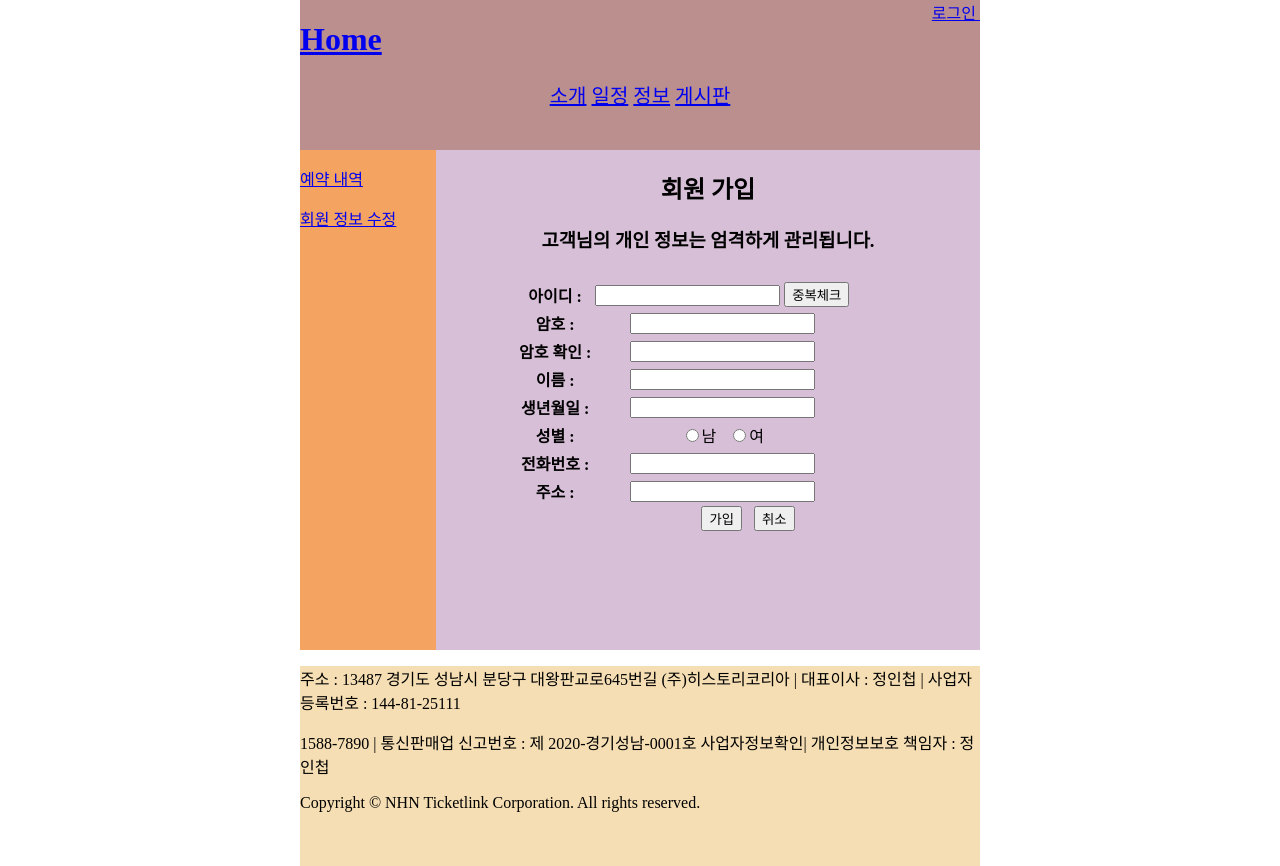
Repository: dlscjq34/JSP_historyTour
Page: http://localhost/HistoryTour/WEB-INF/views/member/joinMember.jsp
The author's editor kept a copy of each file at every save. The page is drawn from the files as they stood at one save, then again after the next save.
The browser window is 1280 px wide. The pictures show the whole page.
The page is served by Tomcat 9. Nobody is signed in. Other server files are loaded and not shown. The template is opened directly, without the code that normally fills it, so the values that code supplies are empty.

Above is the page before, as saved 2020-12-21 03:41:17.

### HistoryTour/WebContent/WEB-INF/views/member/joinMember.jsp
<%@ page language="java" contentType="text/html; charset=UTF-8"
    pageEncoding="UTF-8"%>
<!DOCTYPE html>
<html lang="en">
<head>
    <jsp:include page="/WEB-INF/views/include/head.jsp" />
    <link rel="stylesheet" href="css/joinMember.css">
</head>
<body>
    <!-- <header> -->
    <jsp:include page="/WEB-INF/views/include/header.jsp" />


    <!-- center = <aside> + <article> -->
    <div class="center">
        <aside>
            <p><a href="ticket.do">예약 내역</a></p>
            <p><a href="editMember.do">회원 정보 수정</a></p>
        </aside>

        <article>
            <h1>회원 가입</h1>
                    <h3>고객님의 개인 정보는 엄격하게 관리됩니다.</h3>
                <form action="joinMemberPro.do" method="post" name="frm" onsubmit="return lenCheck()">

                    <table>
	               		<tr>
	               			<th>아이디 :
	               			<td><input type="text" name="id" id="id" />
	               				<input type="button" onclick="dupCheck()" value="중복체크">
	               		</tr>
	               		<tr>
	               			<th>암호 :
	               			<td><input type="password" name="pswd1" id="pswd1" required/>
	               		</tr>
	               		<tr>
	               			<th>암호 확인 :
	               			<td><input type="password" name="pswd2" id="pswd2" required onkeyup="pwCheck()"/>
	               				<span id="pwStatus"></span>
	               		</tr>
	               		<tr>
	               			<th>이름 :
	               			<td><input type="text" name="name" id="name" required/>
	               		</tr>
	               		<tr>
	               			<th>생년월일 :
	               			<td><input type="text" name="birth" id="birth" required/>
	               		</tr>
	               		<tr>
	               			<th>성별 :
	               			<td><input type="radio" name="gender" id="man" value="1" required />남 &nbsp;
	               				<input type="radio" name="gender" id="woman" value="2" required />여
	               		</tr>
	               		<tr>
	               			<th>전화번호 :
	               			<td><input type="text" name="tel" id="tel" required>
	               		</tr>
	               		<tr>
	               			<th>주소 :
	               			<td><input type="text" name="address" id="address" required>
	               		</tr>
               		</table>
                <input type="submit" name="enroll" class="enroll" value="가입"> &nbsp;
                <input type="reset" value="취소">
                </form>
        </article>
    </div>


    <!-- <footer> -->
    <jsp:include page="/WEB-INF/views/include/footer.jsp" />

</body>

<script>
	function dupCheck() {
		let id = document.frm.id.value;
		if(id == '') {
			alert("아이디를 입력하세요");
			document.frm.id.focus();
			return;
		}
		window.open('joinCheck.do?id='+id, 'joinCheck', 'width=600, height=300');
	}

	function lenCheck() {
		let id = document.frm.id.value.trim();

		if(!(id.length >= 3 && id.length <=12)) {
			alert("아이디는 3에서 12글자만 입력 가능합니다.");
			document.frm.id.select();
			return false;
		}
	}

	function pwCheck() {
		pw1 = document.frm.pswd1.value;
		pw2 = document.frm.pswd2.value;
		pwStatus = document.getElementById("pwStatus");

		if(pw1 == pw2) {
			pwStatus.innerHTML = "패스워드 확인";
			pwStatus.style.color = "blue"
		}
		else {
			pwStatus.innerHTML = "패스워드 틀림";
			pwStatus.style.color = "red"
		}
	}

/* 	<tr>
		<th>암호 :
		<td><input type="password" name="pswd1" id="pswd1" required/>
	</tr>
	<tr>
		<th>암호 확인 :
		<td><input type="password" name="pswd2" id="pswd2" required onkeyup="pwCheck()"/>
			<span class="pwStatus"></span>
	</tr> */
</script>

</html>

### HistoryTour/WebContent/WEB-INF/views/include/head.jsp
<%@ page language="java" contentType="text/html; charset=UTF-8"
    pageEncoding="UTF-8"%>
<meta charset="UTF-8">
<meta name="viewport" content="width=device-width, initial-scale=1.0">
<title>Document</title>
<link rel="stylesheet" href="css/common.css">

### HistoryTour/WebContent/WEB-INF/views/include/header.jsp
<%@ page language="java" contentType="text/html; charset=UTF-8"
    pageEncoding="UTF-8"%>
<%@ taglib prefix="c" uri="http://java.sun.com/jsp/jstl/core" %>
<%
	//쿠키에 아이디가 있으면 세션으로 빼온다.
	Cookie[] cookies = request.getCookies();

	if (cookies != null) {
		for(Cookie cookie : cookies) {
			if(cookie.getName().equals("id")) {
				String id = cookie.getValue();
				session.setAttribute("id", id);
			}
		}
	}

	String id = (String)session.getAttribute("id");
%>

<header>
    <div class="home-line">
        <h1><a href="index.do">Home</a></h1>
        <!-- 세션으로 빼온 아이디가 있으면 -->
<%
			if (id != null) {
%>
        		${ id } 님 반갑습니다.&nbsp;
        		<a href="myPage.do">마이페이지</a>&nbsp;
        		<a href="logoutPro.do">로그아웃</a>
<%
			} else {
%>
        	<!-- 세션으로 빼온 아이디가 없으면 -->
        		 <a href="login.do">로그인&nbsp;</a>
<%
			}
%>

    </div>
    <div class="menu">
        <a href="intro.do">소개</a>
        <a href="schedule.do">일정</a>
        <a href="information.do">정보</a>
        <a href="board.do">게시판</a>
    </div>
</header>

### HistoryTour/WebContent/WEB-INF/views/include/footer.jsp
<%@ page language="java" contentType="text/html; charset=UTF-8"
    pageEncoding="UTF-8"%>
<footer>
    <p>주소 : 13487 경기도 성남시 분당구 대왕판교로645번길 (주)히스토리코리아 | 대표이사 : 정인첩 | 사업자등록번호 : 144-81-25111</p>
    <p>1588-7890 |  통신판매업 신고번호 : 제 2020-경기성남-0001호 사업자정보확인| 개인정보보호 책임자 : 정인첩</p>
    <p>Copyright © NHN Ticketlink Corporation. All rights reserved.</p>
</footer>

### HistoryTour/WebContent/css/common.css
body {
  grid-template-columns: 1fr 1fr;
  box-sizing: border-box;
  margin: 0 300px;
}

/* header ----------------------------------------------- */

header {
  background: rosybrown;
  height: 150px;
}
header .home-line {
  display: flex;
}
header .home-line h1 {
  flex: 1;
}
header .menu {
  text-align: center;
  font-size: 20px;
}

/* <aside> <article> ----------------------------------------------- */

.center {
  display: flex;
  height: 500px;
  background: turquoise;
}
.center aside {
  background: sandybrown;
  flex: 2;
}
.center article {
  background: thistle;
  flex: 8;
  text-align: center;
}


/* footer ----------------------------------------------- */

footer {
  background: wheat;
  height: 200px;
}

### HistoryTour/WebContent/css/joinMember.css

.center article form fieldset input{
  margin: 1% 0;
}
.center article form  {
  position: relative;
  margin-top: 5%;
  padding-left: 80px;
  /* width: 100px;
  font-size: 20px; */
}

After the next save:
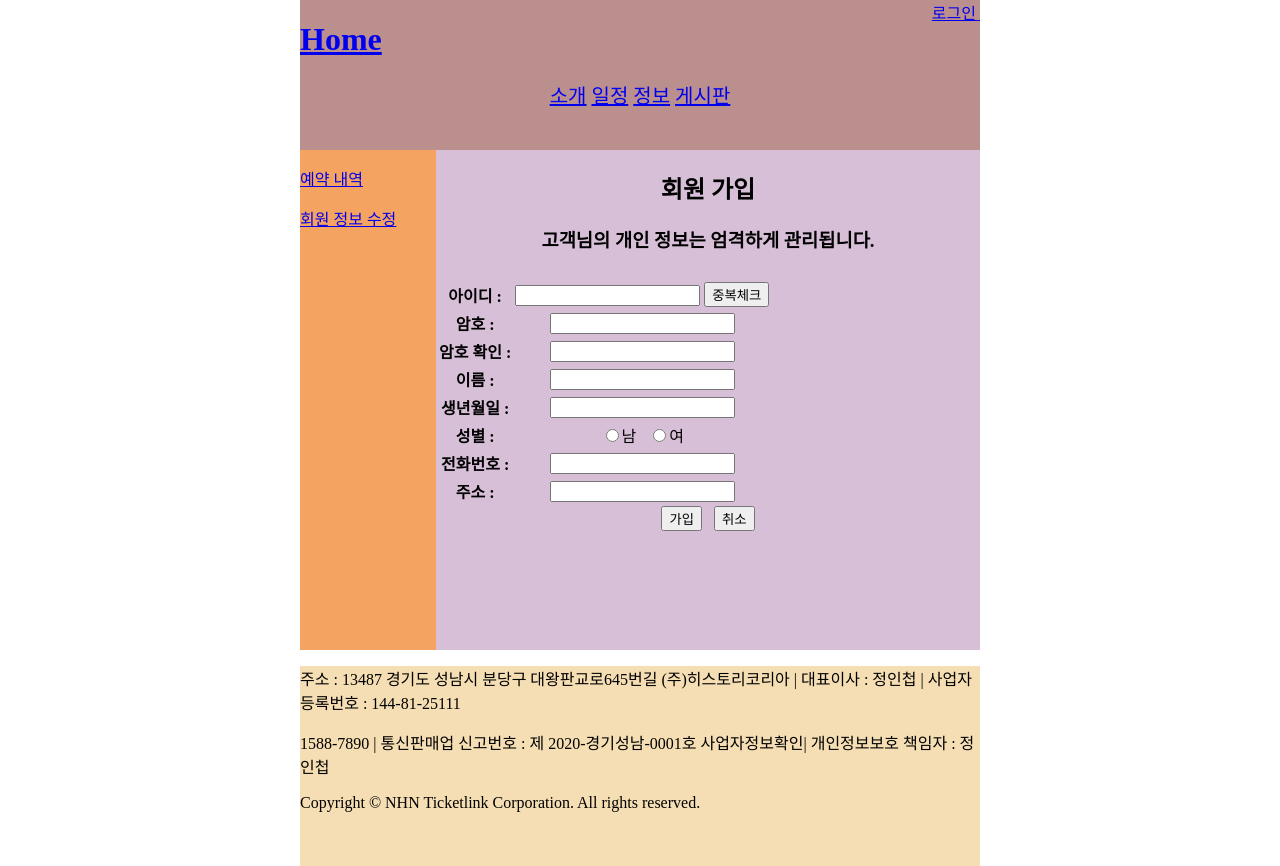
Saved 27 s later.
--- a/HistoryTour/WebContent/css/joinMember.css
+++ b/HistoryTour/WebContent/css/joinMember.css
@@ -5,7 +5,7 @@
 .center article form  {
   position: relative;
   margin-top: 5%;
-  padding-left: 80px;
+  /* padding-left: 80px; */
   /* width: 100px;
   font-size: 20px; */
 }
